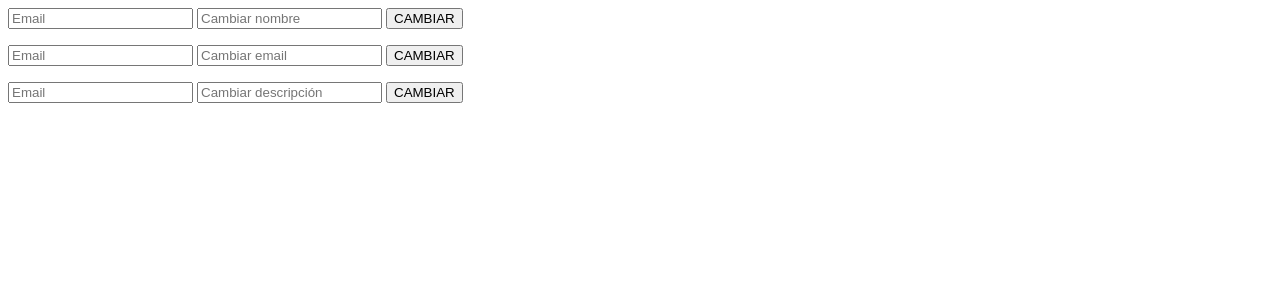
Repository: UNIZAR-30226-2020-06/PS-BackendGroup
Page: http://localhost/Espotify/modinfo.jsp
These files come from the project's save history. The page is drawn as it stood at one moment and after the next save; the edit follows.
The browser window is 1280 px wide. The pictures show the whole page.
The page is served by Tomcat 9. Other server files are loaded and not shown.

Above is the page before, as saved 2020-03-23 12:28:16.

### eclipse-espotify/Espotify/WebContent/modinfo.jsp
<HTML>
<BODY>
	<form action="modinfo" method="post">
		<input type="email" name="email" placeholder="Email" required="">
		<input type="text" name="nombre" placeholder="Cambiar nombre" required="">
		<input type="submit" value="CAMBIAR">
	</form>

	<form action="modinfo" method="post">
		<input type="email" name="email" placeholder="Email" required="">
		<input type="email" name="email2" placeholder="Cambiar email" required="">
		<input type="submit" value="CAMBIAR">
	</form>

	<form action="modinfo" method="post">
		<input type="email" name="email" placeholder="Email" required="">
		<input type="text" name="descripcion" placeholder="Cambiar descripción" required="">
		<input type="submit" value="CAMBIAR">
	</form>
</BODY>
</HTML>

After the next save:
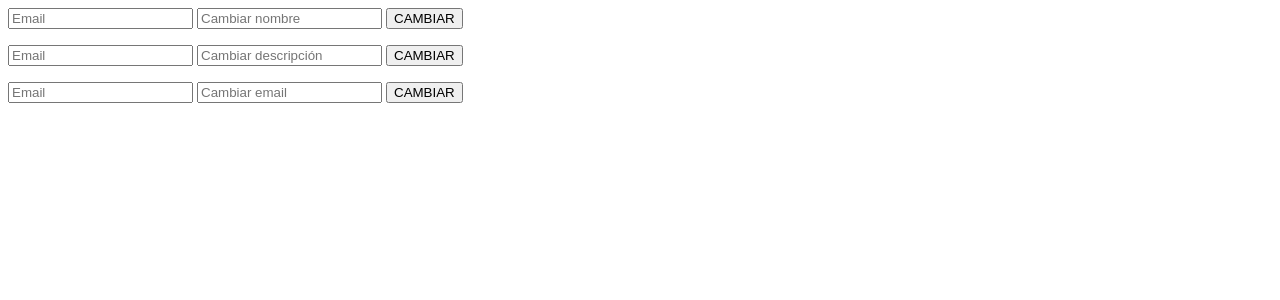
Saved 24 s later.
--- a/eclipse-espotify/Espotify/WebContent/modinfo.jsp
+++ b/eclipse-espotify/Espotify/WebContent/modinfo.jsp
@@ -8,13 +8,13 @@
 
 	<form action="modinfo" method="post">
 		<input type="email" name="email" placeholder="Email" required="">
-		<input type="email" name="email2" placeholder="Cambiar email" required="">
+		<input type="text" name="descripcion" placeholder="Cambiar descripción" required="">
 		<input type="submit" value="CAMBIAR">
 	</form>
 
 	<form action="modinfo" method="post">
 		<input type="email" name="email" placeholder="Email" required="">
-		<input type="text" name="descripcion" placeholder="Cambiar descripción" required="">
+		<input type="email" name="email2" placeholder="Cambiar email" required="">
 		<input type="submit" value="CAMBIAR">
 	</form>
 </BODY>
